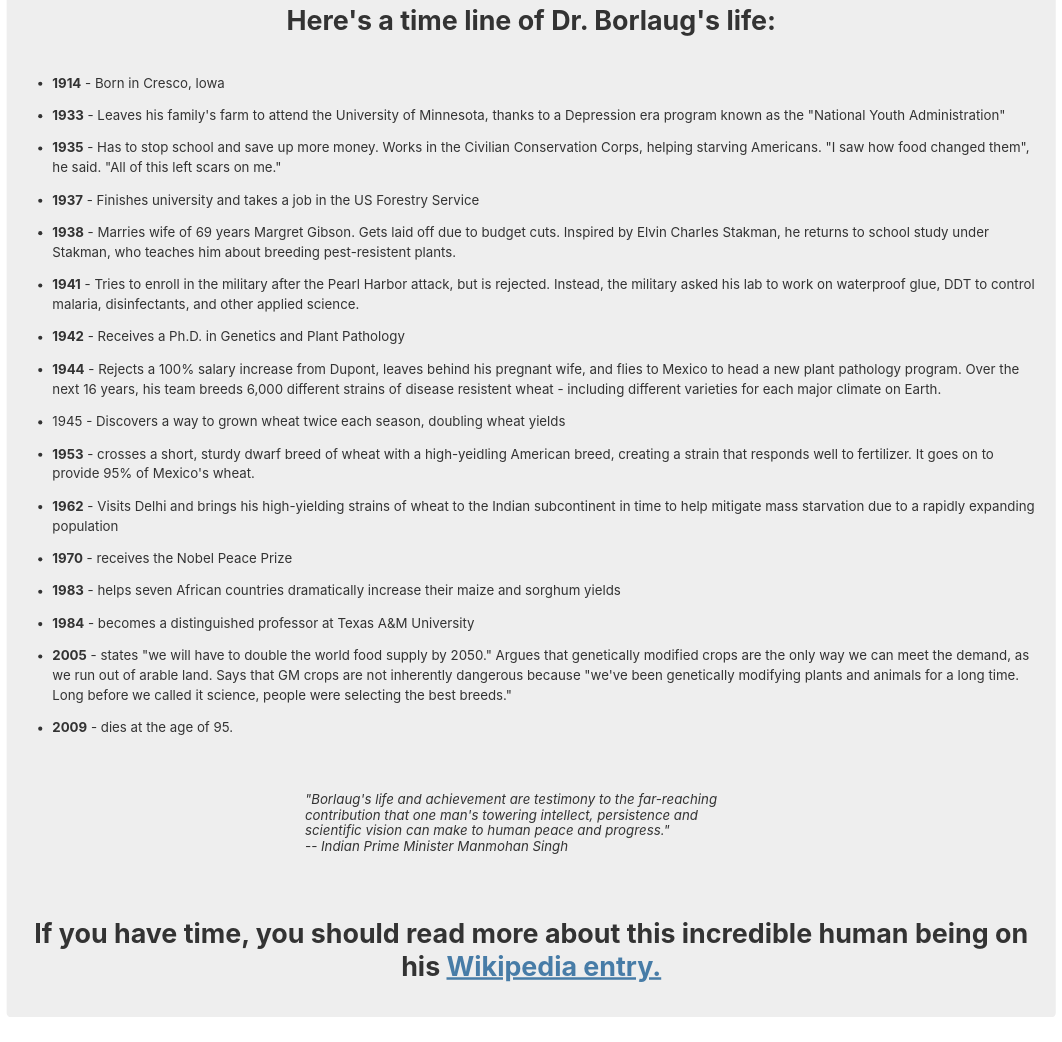
Repository: Lungdjos/tribute-page-certificate
Page: index.html
These files come from the project's save history. The page is drawn as it stood at one moment and after the next save; the edit follows.
The browser window is 1280 px wide. The pictures show the part of the page from y = 544 to 1881 px (the page is 1800 px tall before and 1881 px after), at 83% of full size.
A picture or video elsewhere on the page could not be fetched, so the positions and the page height are approximate.

Above is the page before, as saved 2023-10-30 12:51:19.

### index.html
<!DOCTYPE html>
<html lang="en">

<head>
    <meta charset="UTF-8">
    <meta name="viewport" content="width=device-width, initial-scale=1.0">
    <title>Document</title>
    <link rel="stylesheet" href="styles.css">
</head>

<body>
    <main id="main">
        <h1 id="title">Dr. Norman Borlaug</h1>
        <p>The man who saved a billion lives</p>
        <div id="img-div">
            <img id="image" src="https://cdn.freecodecamp.org/testable-projects-fcc/images/tribute-page-main-image.jpg" alt="">
            <figcaption id="img-caption">Dr. Norman Borlaug, third from the left, trains biologists in Mexico on how to increase wheat yields - part of his life-long war on hunger.</figcaption>
        </div>
        <div id="tribute-info">
            <h2>Here's a time line of Dr. Borlaug's life:</h2>
            <ul>
                <li><strong>1914</strong> - Born in Cresco, lowa</li>
                <li><strong>1933</strong> - Leaves his family's farm to attend the University of Minnesota, thanks to a Depression era program known as the "National Youth Administration"</li>
                <li><strong>1935</strong> - Has to stop school and save up more money. Works in the Civilian Conservation Corps, helping starving Americans. "I saw how food changed them", he said. "All of this left scars on me."</li>
                <li><strong>1937</strong> - Finishes university and takes a job in the US Forestry Service</li>
                <li><strong>1938</strong> - Marries wife of 69 years Margret Gibson. Gets laid off due to budget cuts. Inspired by Elvin Charles Stakman, he returns to school study under Stakman, who teaches him about breeding pest-resistent plants.</li>
                <li><strong>1941</strong> - Tries to enroll in the military after the Pearl Harbor attack, but is rejected. Instead, the military asked his lab to work on waterproof glue, DDT to control malaria, disinfectants, and other applied science.</li>
                <li><strong>1942</strong> - Receives a Ph.D. in Genetics and Plant Pathology</li>
                <li><strong>1944</strong> - Rejects a 100% salary increase from Dupont, leaves behind his pregnant wife, and flies to Mexico to head a new plant pathology program. Over the next 16 years, his team breeds 6,000 different strains of disease
                    resistent wheat - including different varieties for each major climate on Earth.</li>
                <li>1945<strong></strong> - Discovers a way to grown wheat twice each season, doubling wheat yields</li>
                <li><strong>1953</strong> - crosses a short, sturdy dwarf breed of wheat with a high-yeidling American breed, creating a strain that responds well to fertilizer. It goes on to provide 95% of Mexico's wheat.</li>
                <li><strong>1962</strong> - Visits Delhi and brings his high-yielding strains of wheat to the Indian subcontinent in time to help mitigate mass starvation due to a rapidly expanding population</li>
                <li><strong>1970</strong> - receives the Nobel Peace Prize</li>
                <li><strong>1983</strong> - helps seven African countries dramatically increase their maize and sorghum yields</li>
                <li><strong>1984</strong> - becomes a distinguished professor at Texas A&M University</li>
                <li><strong>2005</strong> - states "we will have to double the world food supply by 2050." Argues that genetically modified crops are the only way we can meet the demand, as we run out of arable land. Says that GM crops are not inherently
                    dangerous because "we've been genetically modifying plants and animals for a long time. Long before we called it science, people were selecting the best breeds."</li>
                <li><strong>2009</strong> - dies at the age of 95.</li>

            </ul>
            <blockquote>"Borlaug's life and achievement are testimony to the far-reaching contribution that one man's towering intellect, persistence and scientific vision can make to human peace and progress."<br> -- Indian Prime Minister Manmohan Singh</blockquote>
            <h2 class="foot">If you have time, you should read more about this incredible human being on his
                <a href="https://en.wikipedia.org/wiki/Norman_Borlaug" target="_blank" id="tribute-link">Wikipedia entry.</a></h2>
        </div>
    </main>

</body>

</html>

### styles.css
    html {
        font-size: 10px;
    }

    body {
        background: #fff;
        text-align: center;
        color: #333;
        margin: 0;
        line-height: 1.2;
        font-size: 1.6rem;
        font-family: -apple-system, BlinkMacSystemFont, 'Segoe UI', 'Roboto', 'Helvetica Neue', Arial, sans-serif;
    }

    h1 {
        font-size: 4rem;
        margin-top: 0;
    }

    @media (max-width: 40px) {
        h1 {
            font-size: 3.5rem;
            line-height: 1.2;
        }
    }

    h2 {
        font-size: 3.23rem;
    }

    #main {
        background: #eee;
        margin: 30px 8px;
        border-radius: 5px;
        padding: 15px;
    }

    @media (max-width: 460px) {
        #main {
            margin: 0;
        }
    }
    /* image styling */

    #img-div {
        background: #fff;
        padding: 10px;
        margin: 0;
    }

    #img-caption {
        margin: 15px 0;
    }

    img {
        max-width: 100%;
        display: block;
        height: auto;
        margin: 0 auto;
    }
    /* tribute infomation */

    #tribute-info {
        display: flex;
        justify-content: center;
        flex-wrap: wrap;
    }

    ul {
        line-height: 1.5;
        text-align: left;
        margin: 0 auto 50px auto;
    }

    li {
        margin: 15px 0;
    }
    /* styling at the bottom */

    blockquote {
        font-style: italic;
        max-width: 545px;
        margin: 0 auto 50px auto;
        text-align: left;
    }

    a {
        color: #477ca7;
    }

    a:visited {
        color: #74638f;
    }

After the next save:
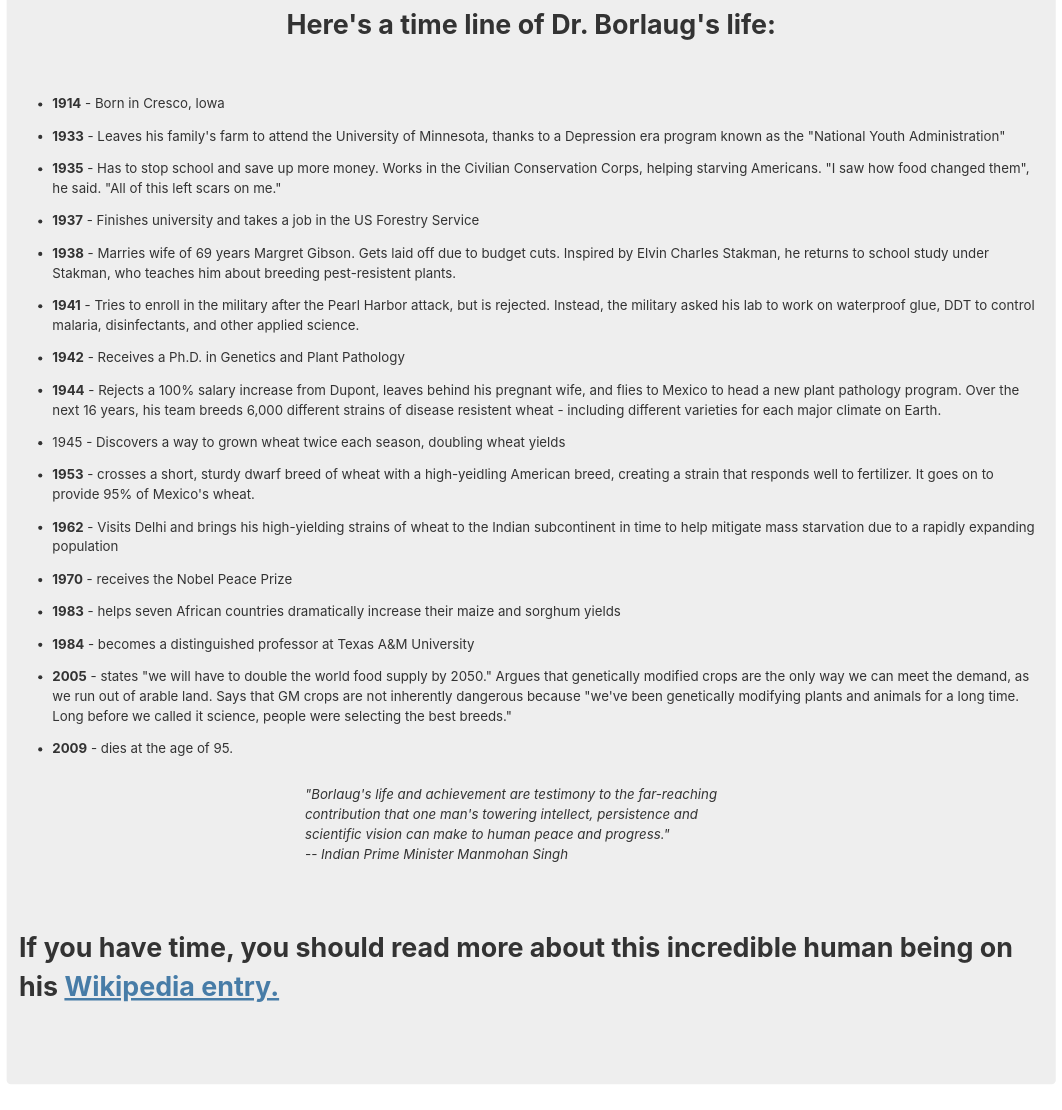
Saved 48 s later.
--- a/styles.css
+++ b/styles.css
@@ -64,13 +64,12 @@
         display: flex;
         justify-content: center;
         flex-wrap: wrap;
-    }
-
-    ul {
         line-height: 1.5;
         text-align: left;
         margin: 0 auto 50px auto;
     }
+
+    ul {}
 
     li {
         margin: 15px 0;
